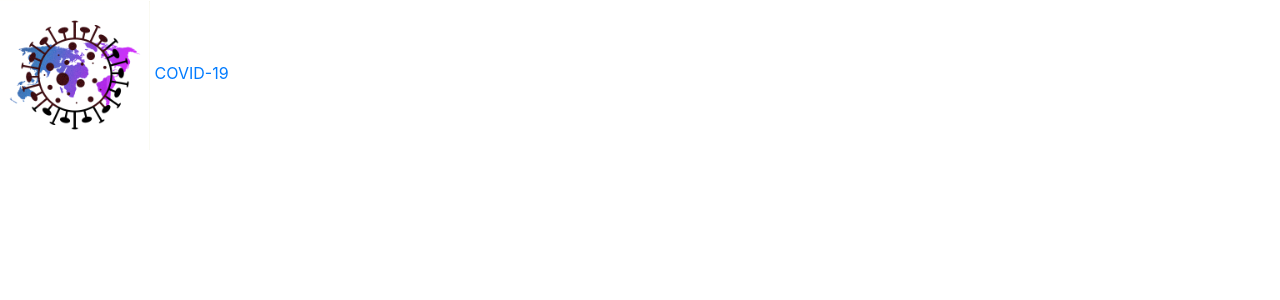
Repository: AndreyRi13/1erparcial1151804
Page: index.html
An editor plug-in stored every save of this project. The page is shown before and after a run of saves, followed by the edit.
The browser window is 1280 px wide. The pictures show the whole page.

Above is the page before, as saved 2020-10-06 06:15:18.
Console error (its wording comes from the project's code and is left out).

### index.html
<!DOCTYPE html>
<html lang="en">
<head>
    <meta charset="UTF-8">
    <meta name="viewport" content="width=device-width, initial-scale=1.0">
    <link rel="stylesheet" href="https://stackpath.bootstrapcdn.com/bootstrap/4.5.2/css/bootstrap.min.css" integrity="sha384-JcKb8q3iqJ61gNV9KGb8thSsNjpSL0n8PARn9HuZOnIxN0hoP+VmmDGMN5t9UJ0Z" crossorigin="anonymous">
    <script src="https://stackpath.bootstrapcdn.com/bootstrap/4.5.2/js/bootstrap.min.js" integrity="sha384-B4gt1jrGC7Jh4AgTPSdUtOBvfO8shuf57BaghqFfPlYxofvL8/KUEfYiJOMMV+rV" crossorigin="anonymous"></script>
    <title>COVID-19</title>
</head>

<header>
<img src="/img/hiclipart.com.png" alt="logo" width="150" height="150">
<a href="">COVID-19</a>

</header>

<body>

    <div class="container">



    </div>




    <script src="https://code.jquery.com/jquery-3.5.1.slim.min.js" integrity="sha384-DfXdz2htPH0lsSSs5nCTpuj/zy4C+OGpamoFVy38MVBnE+IbbVYUew+OrCXaRkfj" crossorigin="anonymous"></script>
    <script src="https://cdn.jsdelivr.net/npm/popper.js@1.16.1/dist/umd/popper.min.js" integrity="sha384-9/reFTGAW83EW2RDu2S0VKaIzap3H66lZH81PoYlFhbGU+6BZp6G7niu735Sk7lN" crossorigin="anonymous"></script>
</body>
</html>

After the next 4 saves:
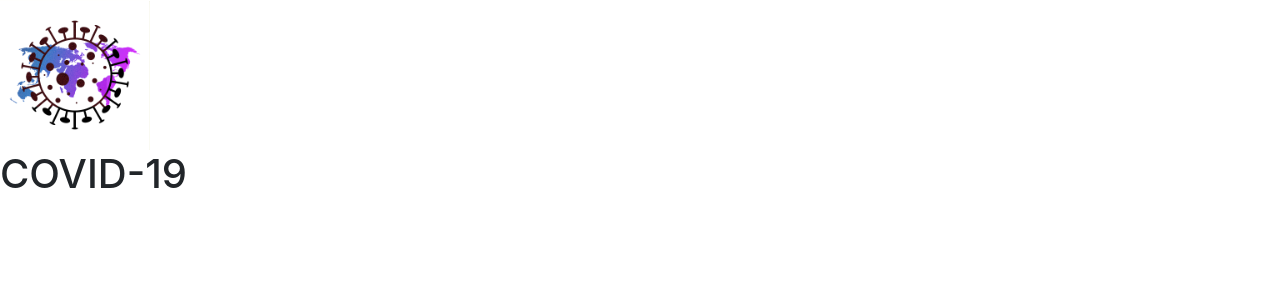
The 4 saves are shown as one change because they came seconds apart.
The last was saved 14 s later.
--- a/index.html
+++ b/index.html
@@ -10,7 +10,7 @@
 
 <header>
 <img src="/img/hiclipart.com.png" alt="logo" width="150" height="150">
-<a href="">COVID-19</a>
+<H1>COVID-19</H1>
 
 </header>
 
